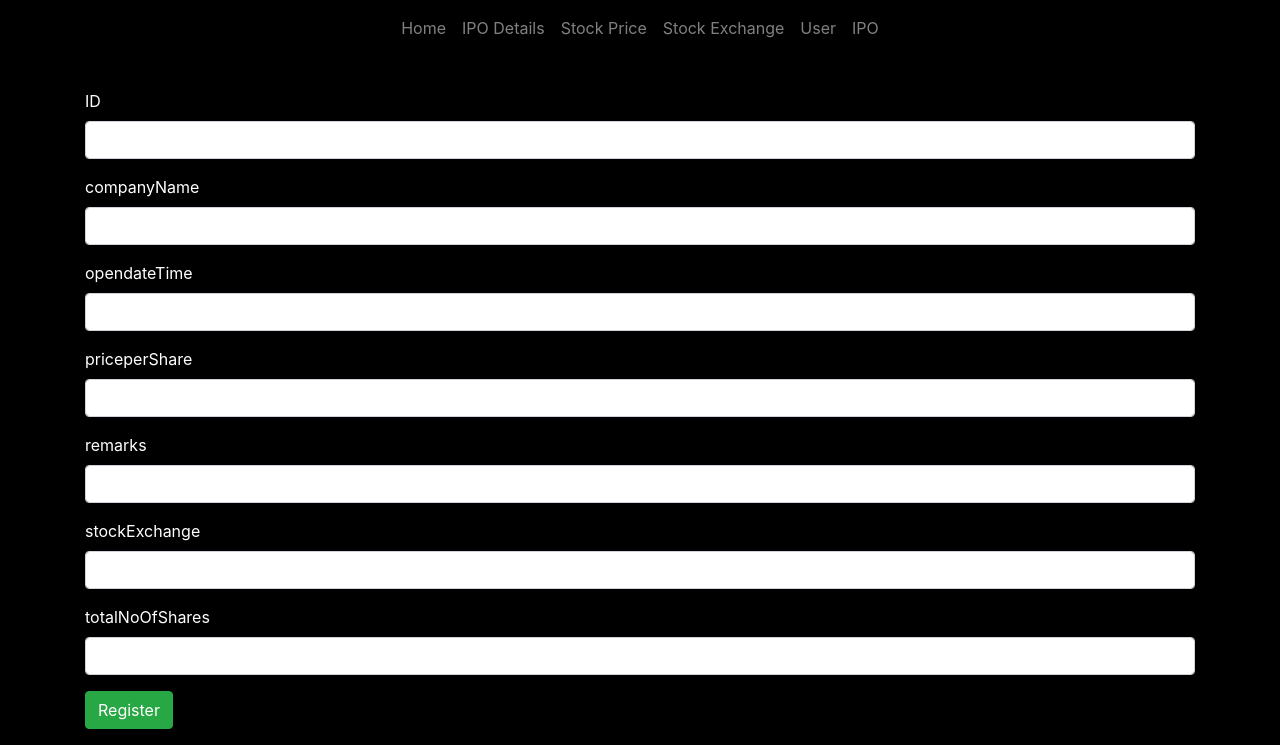
Repository: Gurudutt-S/cts-training
Page: http://localhost/StockExchangeChartingWeb/WEB-INF/views/ipos.jsp
An editor plug-in stored every save of this project. The page is shown before and after the next save, followed by the edit.
The browser window is 1280 px wide. The pictures show the whole page.
The page is served by Tomcat 9. Nobody is signed in. The template is opened directly, without the code that normally fills it, so the values that code supplies are empty.

Above is the page before, as saved 2020-02-12 06:42:59.
Console error (its wording comes from the project's code and is left out).

After the next save:
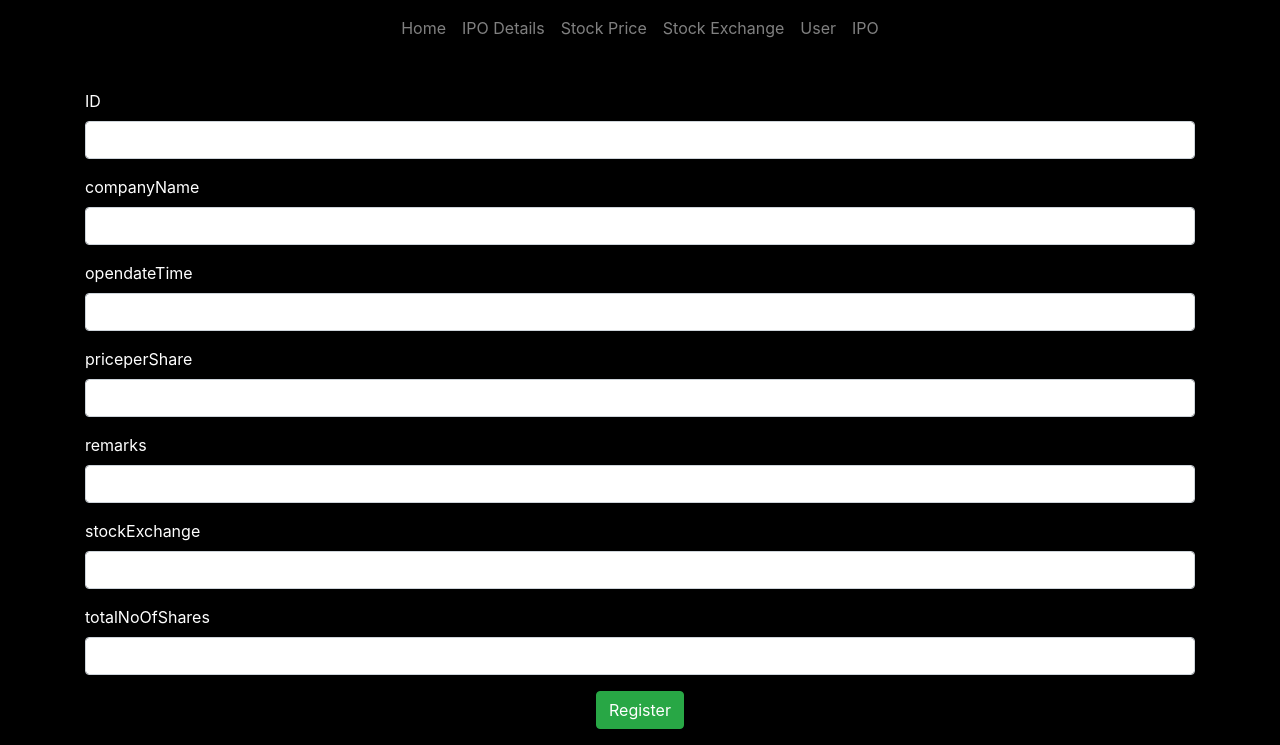
Saved 23 s later.
--- a/Day_36/StockExchangeChartingWeb/src/main/webapp/WEB-INF/views/ipos.jsp
+++ b/Day_36/StockExchangeChartingWeb/src/main/webapp/WEB-INF/views/ipos.jsp
@@ -36,8 +36,8 @@
 		<form:input path="totalNoOfShares" class="form-control"/>
 	</div>
 
-	<div>
-		<input type="submit" value="Register" class="btn btn-success text-center">
+	<div class="text-center">
+		<input type="submit" value="Register" class="btn btn-success ">
 	</div>
 
 </form:form>
